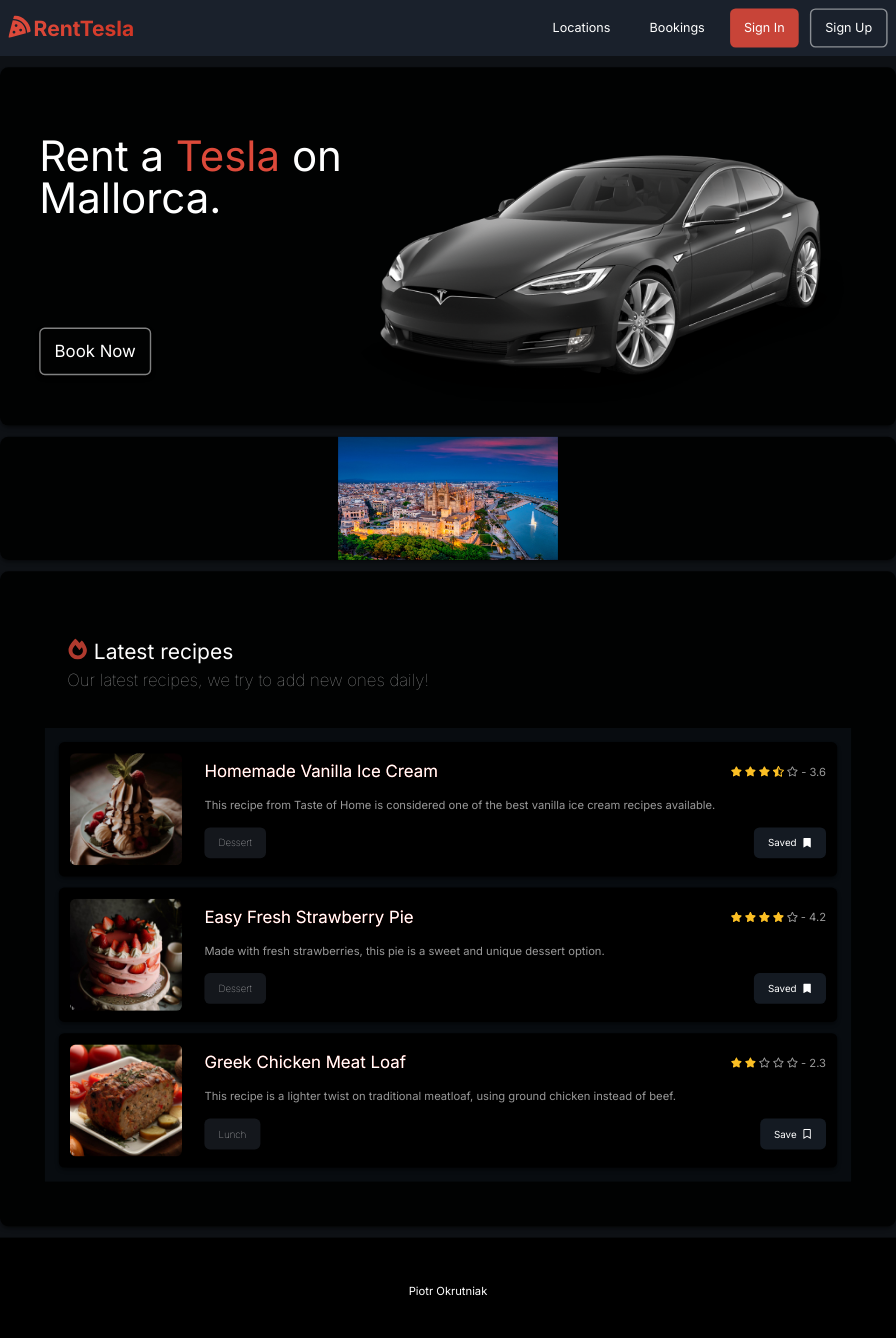
Repository: piotrokrutniak/RentallApp.UI
Page: /
These files come from the project's save history. The page is drawn as it stood at one moment and after the next save; the edit follows.
The browser window is 1280 px wide. The pictures show the whole page, at 70% of full size.
The project was rebuilt for these pictures with package versions that can differ from the ones it lists, and the page was loaded fresh each time. The framework's server and built-in components were replaced by stand-ins that run in the browser. Also part of the build but not shown: next.config.js.

Above is the page before, as saved 2023-10-05 21:09:02.

After the next save:
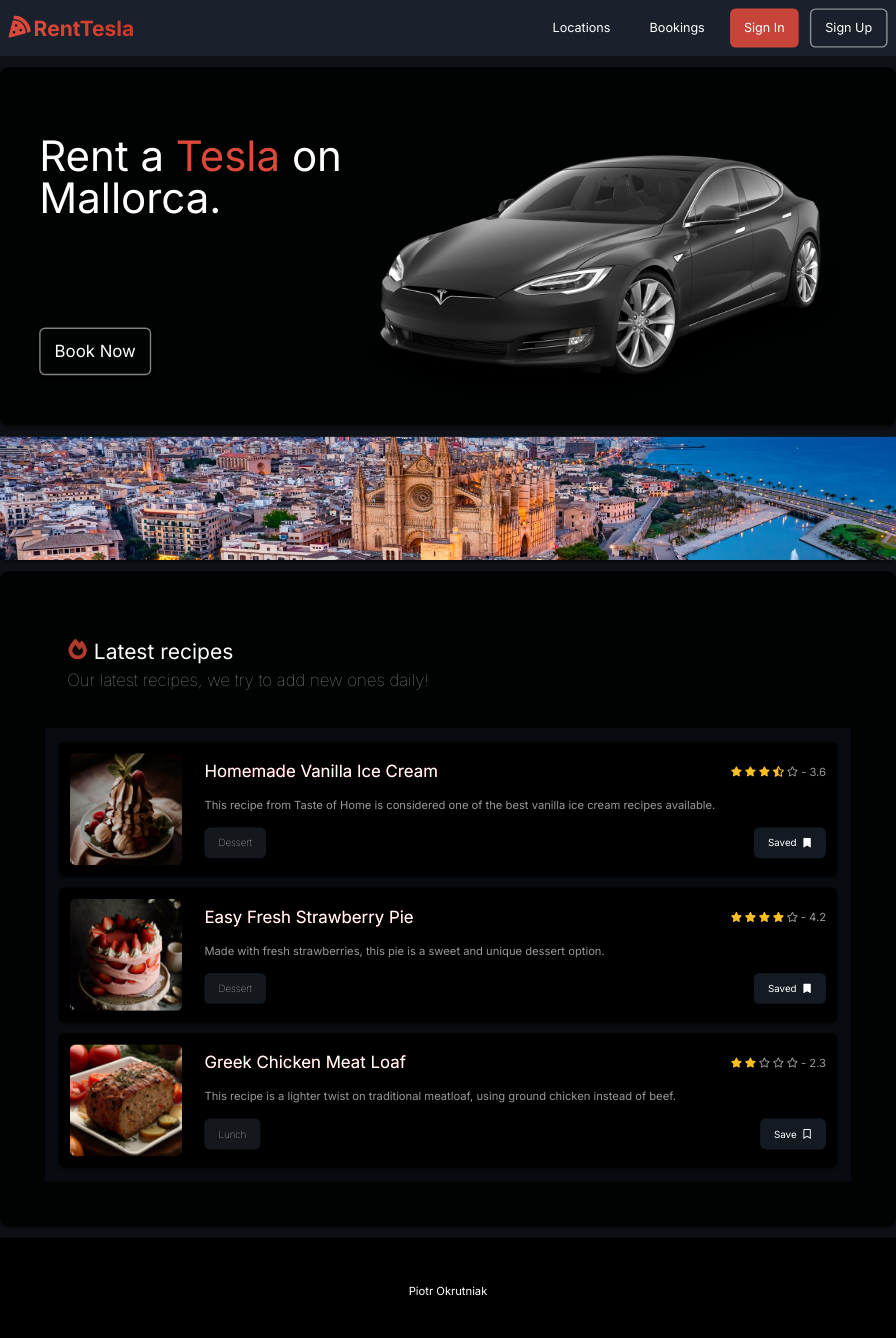
Saved 55 s later.
--- a/src/app/page.tsx
+++ b/src/app/page.tsx
@@ -35,7 +35,7 @@
       </section>
 
       <section id="searchbar-section" className='max-w-7xl relative bg-black/90 px-7 h-44 m-auto w-full  p-8 sm:px-16 rounded-xl shadow-md shadow-black/40 flex-col'>
-        <Image src={lunch} layout="fill" objectFit="contain" alt="Breakfast Photo" className="w-full group-hover:opacity-50"/>
+        <Image src={lunch} layout="fill" objectFit="cover" alt="Breakfast Photo" className="w-full group-hover:opacity-50"/>
       </section>
 
       <section id="top-picks-section" className='max-w-7xl bg-black/90 m-auto w-full sm:p-8 rounded-xl shadow-md shadow-black/40 flex-col'>
